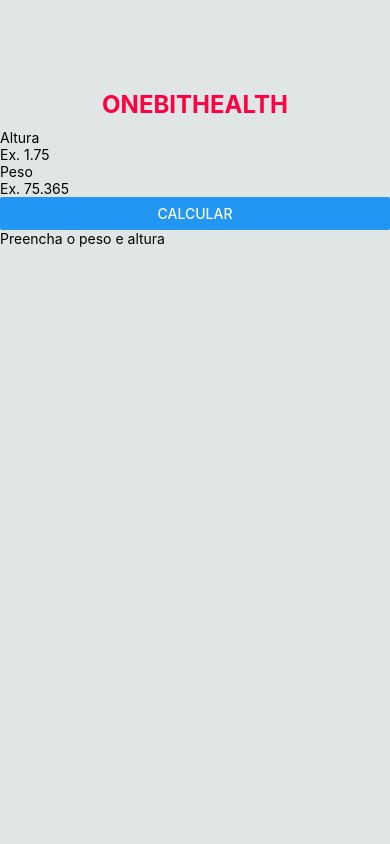
Repository: GustavoMSevero/onebithealth
Screen: /
These files come from the project's save history. The screen is drawn as it stood at one moment and after the next save; the edit follows.
The app was drawn by React Native's web renderer in a window 390 px wide. The project was rebuilt for these pictures with package versions that can differ from the ones it lists, and the page was loaded fresh each time.

Above is the screen before, as saved 2024-09-06 16:22:07.

### App.js
import { StyleSheet, View } from 'react-native';
import Title from './src/components/Title';
import Main from './src/components/Main';

export default function App() {
  return (
    <View style={styles.container}>
      <Title />
      <Main />
    </View>
  );
}

const styles = StyleSheet.create({
  container: {
    flex: 1,
    backgroundColor: '#e0e5e5',
    paddingTop: 80,
  },
});

### src/components/Title/index.js
import React from "react";
import { View, Text } from "react-native";
import styles from "./style";

export default function Title() {
    return(
        <View style={styles.boxTitle}>
            <Text style={styles.textTitle}>ONEBITHEALTH</Text>
        </View>
    );
}

### src/components/Main/index.js
import React from "react";
import { View } from "react-native";
import Form from "../Form";

export default function Main() {
    return(
        <View>
            <Form />
        </View>
    );
}

### src/components/Title/style.js
import { StyleSheet } from 'react-native';

const style = StyleSheet.create({
    boxTitle: {
        alignItems: "center",
        justifyContent: "center",
        padding: 10,
    },
    textTitle: {
        color: "#FF0043",
        fontSize: 24,
        fontWeight: "bold",
    }
});

export default style;

### src/components/Form/index.js
import React, { useState } from "react";
import { TextInput, View, Text, Button } from "react-native";
import ResultImc from "./ResultImc";
import styles from "./style";

export default function Form() {

    const [height, setHeight] = useState(null)
    const [weight, setWeigth] = useState(null)
    const [messageImc, setMessageImc] = useState("Preencha o peso e altura")
    const [imc, setImc] = useState(null)
    const [textButton, setTextButton] = useState("Calcular")

    function imcCalculator() {
        // return setImc((weight/(height*height)).toFixed(2));
        return setImc(((height*height)/weight));
    }

    function validationImc() {
        if(weight != null && height != null) {
            imcCalculator()
            setHeight(null)
            setWeigth(null)
            setMessageImc("Se imc é igual: ")
            setTextButton("Calcular novamente")
            return
        }
        setImc(null)
        setTextButton("Calcular")
        setMessageImc("Preencha o peso e altura")
    }

    return(
        <View style={styles.formContent}>
            <View>

                <Text>Altura</Text>
                <TextInput
                    onChange={setHeight}
                    value={height}
                    placeholder="Ex. 1.75"
                    keyboardType="numeric"
                />

                <Text>Peso</Text>
                <TextInput
                    onChange={setWeigth}
                    value={weight}
                    placeholder="Ex. 75.365"
                    keyboardType="numeric"
                />
                <Button
                    onPress={() => validationImc()}
                    title={textButton}
                />
            </View>
            <ResultImc messageResultImc={messageImc} resultImc={imc} />
        </View>
    );
}

### src/components/Form/ResultImc/index.js
import React from "react";
import { View, Text } from "react-native";

export default function ResultImc(props) {
    return(
        <View>
            <Text>{props.messageResultImc}</Text>
            <Text>{props.resultImc}</Text>
        </View>
    );
}

### src/components/Form/style.js
import { StyleSheet } from "react-native";

const style = StyleSheet.create({
    formContext: {
        width: "100%",
        height: "100%",
        bottom: 0,
        backgroundColor: "#FFFFFF",
        alignItems: "center",
        borderTopLeftRadius: 30,
        borderTopRightRadius: 30,
        marginTop: 30,
    }
});

export default style;

After the next save:
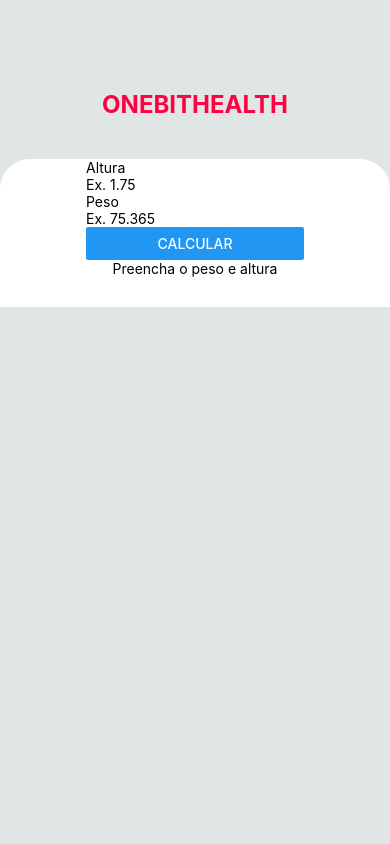
Saved 55 s later.
--- a/src/components/Form/index.js
+++ b/src/components/Form/index.js
@@ -31,7 +31,7 @@
     }
 
     return(
-        <View style={styles.formContent}>
+        <View style={styles.formContext}>
             <View>
 
                 <Text>Altura</Text>
